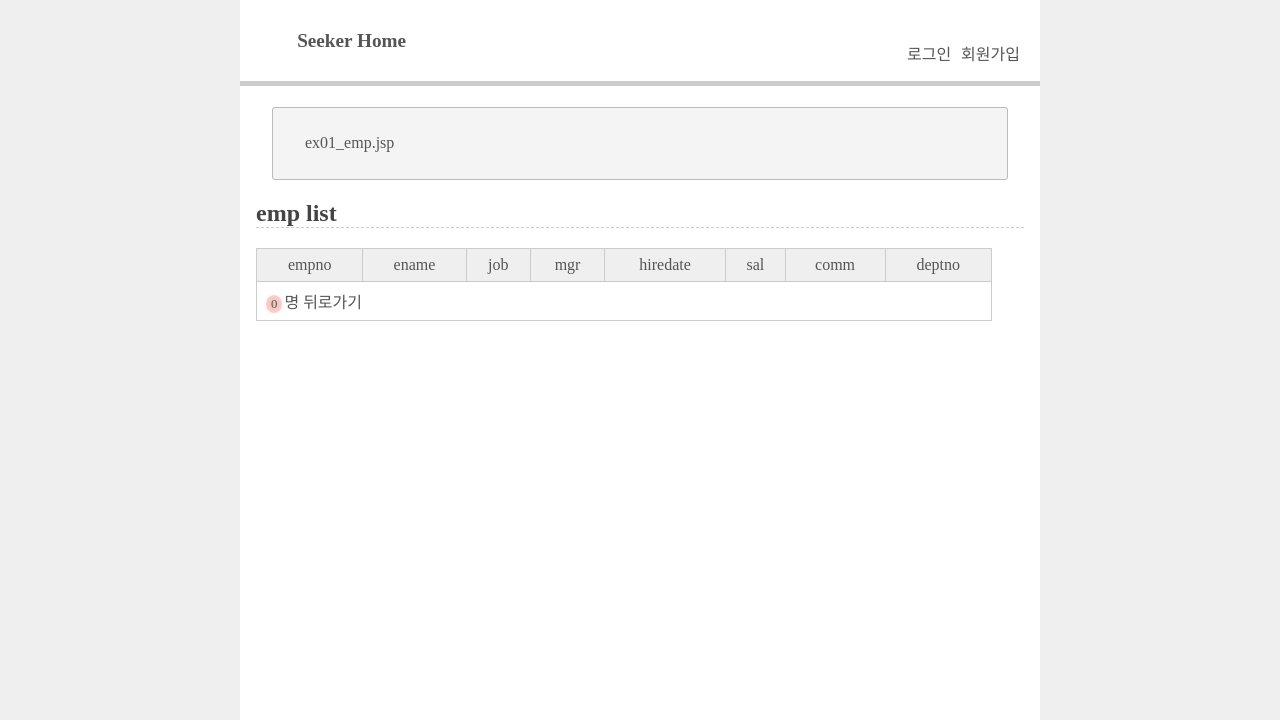
Repository: Seeker2250/JspTest
Page: http://localhost/jspPro/days02/ex01_emp_02.jsp
The author's editor kept a copy of each file at every save. The page is drawn from the files as they stood at one save, then again after the next save.
The browser window is 1280 px wide. The pictures show the whole page.
Some web fonts or font styles are not loaded; a fallback is used. The page is served by Tomcat 9. Other server files are loaded and not shown. Queries for data that is not in the repository find no rows.

Above is the page before, as saved 2024-10-16 02:44:37.

### jspPro/src/main/webapp/days02/ex01_emp_02.jsp
<%@page import="org.apache.jasper.tagplugins.jstl.core.ForEach"%>
<%@page import="java.sql.Timestamp"%>
<%@page import="org.doit.domain.EmpVO"%>
<%@page import="java.util.Date"%>
<%@page import="java.util.Iterator"%>
<%@page import="com.util.DBConn"%>
<%@page import="org.doit.domain.EmpVO"%>
<%@page import="java.util.ArrayList"%>
<%@page import="java.sql.ResultSet"%>
<%@page import="java.sql.PreparedStatement"%>
<%@page import="java.sql.Connection"%>
<%@ page language="java" contentType="text/html; charset=UTF-8"
    pageEncoding="UTF-8"%>
 <%
 	int deptno;
	String pDeptno = request.getParameter("deptno");
	try{
	deptno = Integer.parseInt(pDeptno);
	}catch(Exception e){
		deptno = 10;//기본값 줘서 null 배제
	}
    Connection conn = null;
	PreparedStatement pstmt = null;
	String sql = " SELECT empno, ename, job, mgr, "
			   + " TO_CHAR(hiredate, 'yyyy-mm-dd') hiredate, sal, comm, deptno "
			   + " FROM emp "
			   + " WHERE deptno = ?";
	ResultSet rs = null;

	int empno, mgr;
	String ename, job;
	Date hiredate;
	double sal, comm;

	String dname, loc;
	EmpVO vo = null;
	ArrayList<EmpVO> list = null;
	Iterator<EmpVO> ir = null;

	try{
		conn = DBConn.getConnection();
		pstmt = conn.prepareStatement(sql);
		// 물음표 있는 거에 값 줘야지
		pstmt.setInt(1, deptno);
		rs = pstmt.executeQuery();
		if( rs.next() ){
			list = new ArrayList<>();
			do{
				empno = rs.getInt("empno");
				ename = rs.getString("ename");
				job = rs.getString("job");
				mgr = rs.getInt("mgr");
				hiredate = rs.getDate("hiredate");
				sal = rs.getDouble("sal");
				comm = rs.getDouble("comm");
				deptno = rs.getInt("deptno");

				vo = new EmpVO().builder().empno(empno).ename(ename).job(job).mgr(mgr).hiredate(hiredate).sal(sal).comm(comm).deptno(deptno).build();

				list.add(vo);
			}while(rs.next());
		}
	}catch(Exception e){
		e.printStackTrace();
	}finally{
		try{
			pstmt.close();
			DBConn.close();
		}catch(Exception e){
			e.printStackTrace();
		}
	}%>
<!DOCTYPE html>
<html>
<head>
<meta charset="UTF-8">
<title>Insert title here</title>
<link rel="shortcut icon" type="image/x-icon" href="http://localhost/jspPro/images/SiSt.ico">
<script src="https://ajax.googleapis.com/ajax/libs/jquery/3.7.1/jquery.min.js"></script>
<meta name="viewport" content="width=device-width, initial-scale=1.0">
<link rel="stylesheet" href="http://localhost/jspPro/resources/cdn-main/example.css">
<script src="http://localhost/jspPro/resources/cdn-main/example.js"></script>
<style>
 span.material-symbols-outlined{
    vertical-align: text-bottom;
 }
</style>
</head>
<body>
<header>
  <h1 class="main"><a href="#" style="position: absolute;top:30px;">Seeker Home</a></h1>
  <ul>
    <li><a href="#">로그인</a></li>
    <li><a href="#">회원가입</a></li>
  </ul>
</header>
<div>
 <xmp class="code">
    ex01_emp.jsp
  </xmp>
  <h2>emp list</h2>
  <table>
  	<thead>
  		<th>empno</th>
  		<th>ename</th>
  		<th>job</th>
  		<th>mgr</th>
  		<th>hiredate</th>
  		<th>sal</th>
  		<th>comm</th>
  		<th>deptno</th>
  	</thead>
  	<tbody>
  		<%-- <%
  		if (list != null && !list.isEmpty()) {
  		ir = list.iterator();
  		while(ir.hasNext()){
  			vo = ir.next();
  			empno = vo.getEmpno();
  			ename = vo.getEname();
  			job = vo.getJob();
  			mgr = vo.getMgr();
  			hiredate = vo.getHiredate();
  			sal = vo.getSal();
  			comm = vo.getComm();
  			deptno = vo.getDeptno();
	  	%>
	  	<tr>
	  		<td><%= empno %></td>
	  		<td><%= ename %></td>
	  		<td><%= job %></td>
	  		<td><%= mgr %></td>
	  		<td><%= hiredate %></td>
	  		<td><%= sal %></td>
	  		<td><%= comm %></td>
	  		<td><%= deptno %></td>
  		</tr>
	   <%
	  		}//while
  		  } else {
  	        %>
  	        <tr>
  	            <td colspan="8">해당 부서에 직원 정보가 없습니다.</td>
  	        </tr>
  	        <%
  	        }
  	        %> --%>
  	</tbody>
  	<tfoot>
  		<tr>
  			<td colspan="8">
  	 			<span class="badge left red"><%= list==null?0:list.size() %></span>명
  			 	<a href="javascript:history.back()">뒤로가기</a>
  			</td>
  		</tr>
  	</tfoot>
  </table>
</div>
</body>
</html>

### jspPro/src/main/java/com/util/DBConn.java
package com.util;

import java.sql.Connection;
import java.sql.DriverManager;
import java.sql.SQLException;

// 싱글톤(Singleton)
public class DBConn {

	private static Connection conn = null;

	private DBConn() {}

	public static Connection getConnection() {
		if (conn == null) {
			String className = "oracle.jdbc.driver.OracleDriver";
			String url = "jdbc:oracle:thin:@localhost:1521:xe";
			String user = "scott";
			String password = "tiger";

			try {
				Class.forName(className);
				conn = DriverManager.getConnection(url, user, password);
			} catch (ClassNotFoundException e) {
				e.printStackTrace();
			} catch (SQLException e) {
				e.printStackTrace();
			}
		}
		return conn;
	}

	public static Connection getConnection(String url, String user, String password) {
		if (conn == null) {
			String className = "oracle.jdbc.driver.OracleDriver";
			try {
				Class.forName(className);
				conn = DriverManager.getConnection(url, user, password);
			} catch (ClassNotFoundException e) {
				e.printStackTrace();
			} catch (SQLException e) {
				e.printStackTrace();
			}
		}
		return conn;
	}

	public static void close() {
		try {
			if (conn != null && !conn.isClosed()) {
				conn.close();
			}
		} catch (SQLException e) {
			e.printStackTrace();
		}
		conn = null;  // 중요
	}
} // class

### jspPro/src/main/webapp/resources/cdn-main/example.css
@charset "UTF-8";

@import url('https://fonts.googleapis.com/css2?family=Material+Symbols+Outlined:opsz,wght,FILL,GRAD@20..48,100..700,0..1,-50..200');

@font-face {
    font-family: 'GmarketSansMedium';
    src: url('https://cdn.jsdelivr.net/gh/projectnoonnu/noonfonts_2001@1.1/GmarketSansMedium.woff') format('woff');
    font-weight: normal;
    font-style: normal;
}

:root {
	--text-color: #555;
	--sub-text-color: #777;
	--back-color: #EFEFEF;
	--header-color: #444;
	--primary-color: #DEDEDE;
	--secondary-color: #EFEFEF;
	--default-width: 800px;
	--narrow-width: 500px;
	--wide-width: 1200px;
	--text-font: 'GmarketSansMedium';
	--icon-font: 'Material Symbols Outlined';
	--border-color: #CCC;
}

html, body {
	margin: 0;
	padding: 0;
}

html {
	background-color: var(--back-color);
	display: flex;
	justify-content: center;
	min-height: 100vh;
}

body, body.default {
	width: var(--default-width);
	background-color: white;
	padding-bottom: 120px;
}

body.wide {
	width: var(--wide-width);
}

body.narrow {
	width: var(--narrow-width);
}



body, p, div, span, a, input, select, option, textarea, button, table, th, td, label, fieldset, legend {
	font-family: var(--text-font);
	color: var(--text-color);
}

h1, h2, h3 {
	font-family: var(--text-font);
	color: var(--header-color);
	padding: 0 1rem;
	padding-top: .5rem;
}

div > h1, div > h2, div > h3 {
	padding: 0;
}

body > div, body > main > div {
	padding: 0.3rem 1rem;
}


h1 { font-size: 2rem; border-bottom: 1px solid var(--border-color); }
h1 small { font-size: 1.2rem; color: var(--sub-text-color); }
h2 { font-size: 1.5rem; border-bottom: 1px dashed var(--border-color); }
h2 small { font-size: 1.1rem; color: --sub-text-color; }
h3 { font-size: 1.2rem; }
h3 small { font-size: 1rem; color: --sub-text-color; }



h1.main::before {
	font-family: var(--icon-font);
  	content: '\e666';
  	margin-right: 10px;
  	float: left;
	font-size: 2.5rem;
}

h1.sub::before {
	font-family: var(--icon-font);
  	content: '\ea19';
  	margin-right: 10px;
  	float: left;
	font-size: 2.5rem;
}


h1.page::before {
	font-family: var(--icon-font);
  	content: '\e0e0';
  	margin-right: 10px;
  	float: left;
	font-size: 2.5rem;
}

body > header > ul > li > .active{
	background-color: #FFF;
	color:#F00;
}

body > header {
	display: flex;
	justify-content: space-between;
	border-bottom: 5px solid var(--border-color);
	min-height: 74px;
	background-color: #FFF;
}

body > header.sticky {
	position: sticky;
	top: 0;
	z-index: 98;
}

body > header > h1 {
	font-size: 1.2rem;
	border: 0;
}

body > header.in > h1::before {
	font-family: var(--icon-font);
  	content: '\e332‥';
  	margin-right: 3px;
  	float: left;
	font-size: 2rem;
}


body > header > ul {
	list-style-type: none;
	display: flex;
	align-items: flex-end;
	margin-right: 10px;
}

body > header > ul > li {
	margin-right: 10px;
	cursor: pointer;
}

body > header > ul > li > a {
	cursor: pointer;
}


form {
	display: block;
}

form > div {
	padding: 0.3rem 1rem;
}

div > form > div {
	padding: 0.3rem 0;
}

input, textarea, button, select {
	border: 1px solid #BBB;
	border-radius: 3px;
	outline: none;
	resize: none;
	padding: 7px;
	margin: 0;
}

input[type=text]:read-only, textarea:read-only {
	cursor: not-allowed;
	background-color: #FFF;
}

input[type=text]:disabled, textarea:disabled {
	cursor: not-allowed;
	background-color: #EEE;
}

input[type=text], input[type=password], textarea, button, select {
	/* width: 300px; */
}

textarea {
	display: block;
	height: 100px;
}

input[type=button], input[type=submit], button {
	/* width: inherit; */
}

input.short, textarea.short, button.short, select.short {
	width: 100px;
}

input.long, textarea.long, button.long, select.long {
	width: 350px;
}

.narrow input.long, .narrow textarea.long, .narrow button.long, .narrow select.long {
	width: calc(100% - 20px);
}

input.full, textarea.full, button.full, select.full {
	width: calc(100% - 20px);
}

textarea.short {
	height: 50px;
}

textarea.long {
	height: 100px;
}

textarea.full {
	height: 200px;
}

input, textarea {
	padding-top: 8px;
}

input[type=button], input[type=submit], button {
	padding: 5px 10px;
	background-color: var(--secondary-color);
	cursor: pointer;
	min-height: 36px;
}

input[type=button].primary, input[type=submit].primary, button.primary {
	/* background-color: rgba(100, 149, 237, .2); */
	background-color: var(--primary-color);
}

input[type=button].primary:hover, input[type=submit].primary:hover, button.primary:hover {
	/* background-color: rgba(100, 149, 237, .3); */
	background-color: var(--secondary-color);
}

input[type=button]:hover, input[type=submit]:hover, button:hover {
	background-color: var(--primary-color);
}

button {
	position: relative;
	left: 0;
	top: 0;
	padding-left: 35px;
}

button .material-symbols-outlined {
	position: absolute;
	left: 10px;
	top: 4px;
}

/* k2nik add */
button.login::before {
	font-family: var(--icon-font);
  	content: '\ea77';
	position: absolute;
	left: 11px;
	top: 4px;
	font-size: 1.25rem;
}

/* k2nik logout */
button.logout::before {
	font-family: var(--icon-font);
  	content: '\e9ba';
	position: absolute;
	left: 11px;
	top: 4px;
	font-size: 1.25rem;
}

/* k2nik help */
button.help::before {
	font-family: var(--icon-font);
  	content: '\f1c0';
	position: absolute;
	left: 11px;
	top: 4px;
	font-size: 1.25rem;
}

button.add::before{
	font-family: var(--icon-font);
  	content: '\e746';
	position: absolute;
	left: 11px;
	top: 4px;
	font-size: 1.25rem;
}

button.back::before {
	font-family: var(--icon-font);
  	content: '\e166';
	position: absolute;
	left: 11px;
	top: 4px;
	font-size: 1.25rem;
}

button.list::before {
	font-family: var(--icon-font);
  	content: '\e0ee';
	position: absolute;
	left: 11px;
	top: 4px;
	font-size: 1.25rem;
}


button.del::before {
	font-family: var(--icon-font);
  	content: '\e872';
	position: absolute;
	left: 11px;
	top: 4px;
	font-size: 1.25rem;
}


button.edit::before {
	font-family: var(--icon-font);
  	content: '\e745';
	position: absolute;
	left: 11px;
	top: 4px;
	font-size: 1.25rem;
}


button.login::before {
	font-family: var(--icon-font);
  	content: '\ea77';
	position: absolute;
	left: 11px;
	top: 4px;
	font-size: 1.25rem;
}


button.logout::before {
	font-family: var(--icon-font);
  	content: '\e9ba';
	position: absolute;
	left: 11px;
	top: 4px;
	font-size: 1.25rem;
}


button.in::before {
	font-family: var(--icon-font);
  	content: '\f71a';
	position: absolute;
	left: 11px;
	top: 4px;
	font-size: 1.25rem;
}


button.out::before {
	font-family: var(--icon-font);
  	content: '\f70e';
	position: absolute;
	left: 11px;
	top: 4px;
	font-size: 1.25rem;
}


button.reply::before {
	font-family: var(--icon-font);
  	content: '\e15e';
	position: absolute;
	left: 11px;
	top: 4px;
	font-size: 1.25rem;
}


button.comment::before {
	font-family: var(--icon-font);
  	content: '\e0b9';
	position: absolute;
	left: 11px;
	top: 4px;
	font-size: 1.25rem;
}


button.modal::before {
	font-family: var(--icon-font);
  	content: '\e89e';
	position: absolute;
	left: 11px;
	top: 4px;
	font-size: 1.25rem;
}


button.ok::before {
	font-family: var(--icon-font);
  	content: '\e86c';
	position: absolute;
	left: 11px;
	top: 4px;
	font-size: 1.25rem;
}


button.cancel::before {
	font-family: var(--icon-font);
  	content: '\e5c9';
	position: absolute;
	left: 11px;
	top: 4px;
	font-size: 1.25rem;
}

button.search::before {
	font-family: var(--icon-font);
  	content: '\e8b6';
	position: absolute;
	left: 11px;
	top: 4px;
	font-size: 1.25rem;
}

button.home::before {
	font-family: var(--icon-font);
  	content: '\e88a';
	position: absolute;
	left: 11px;
	top: 4px;
	font-size: 1.25rem;
}


button.sidebar::before {
	font-family: var(--icon-font);
  	content: '\f7e4';
	position: absolute;
	left: 11px;
	top: 4px;
	font-size: 1.25rem;
}


button.sidebar-right::before {
	font-family: var(--icon-font);
  	content: '\f7e5';
	position: absolute;
	left: 11px;
	top: 4px;
	font-size: 1.25rem;
}




button::before {
	font-family: var(--icon-font);
  	content: '\e323';
	position: absolute;
	left: 11px;
	top: 4px;
	font-size: 1.25rem;
}


table {
	border-collapse: collapse;
	margin: 1rem;
	box-sizing: border-box;
	width: calc(100% - 32px);
}

table.content {
	width: auto;
}

div > table {
	margin: 0;
}

table th, table td {
	border: 1px solid var(--border-color);
	padding: 7px;
	font-weight: normal;
}

table th {
	background-color: var(--back-color);
}

table.vertical th {
	width: 150px;
}

table.vertical td {
	width: calc(100% - 182px);
	padding-left: 10px;
}

table.content td, table.content th {
	width: auto;
}

body.narrow table.vertical th {
	width: 100px;
}

body.narrow table.vertical td {
	width: calc(100% - 182px);
}


table + table {
	margin-top: 30px;
}


p {
	padding: 0 1rem;
}

a {
	text-decoration: none;
}

a:hover {
	color: rgba(255, 99, 71, .7);
}

hr {
	border: 0;
	border-top: 1px solid var(--border-color);
	margin: 2rem 0;
}

.message {
	border: 1px solid var(--border-color);
	background-color: #EFEFEF;
	margin: 1rem;
	width: auto;
	padding-top: 10px;
	padding-bottom: 10px;
	font-size: 14px;
}

.message[title]::before {
	content: attr(title);
	display: block;
	border-bottom: 1px solid var(--border-color);
	padding-bottom: 5px;
	margin-bottom: 10px;
	margin-top: 7px;
}

.message.short {
	max-width: 250px;
}

.message.long {
	max-width: 500px;
}

.badge {
	float: right;
	font-size: .8rem;
	margin-top: 2px;
	margin-right: 2px;
	text-shadow: 0 0 7px gray;
}

.badge.left {
	float: none;
	margin-left: 2px;
}

.badge.right {
	float: right;
}

.badge.red {
	border-radius: 50%;
	padding: 2px 5px;
	background-color: rgb(255, 99, 71, .3);
}

.badge.yellow {

	border-radius: 50%;
	padding: 2px 5px;
	background-color: rgb(255, 215, 0, .5);
}

.badge.blue {
	border-radius: 50%;
	padding: 2px 5px;
	background-color: rgb(100, 149, 237, .3);
}

label + label {
	margin-left: 7px;
}

label input[type=checkbox], label input[type=radio] {
	transform: translate(0, 1px);
}

.group {
	display: flex;
}

.modal-content .group {
	margin-bottom: .5rem;
}

.group label {
	border: 1px solid #BBB;
	border-radius: 3px;
	outline: none;
	resize: none;
	padding: 7px 14px;
	margin: 0;
	border-top-right-radius: 0;
	border-bottom-right-radius: 0;
	background-color: #EFEFEF;
	white-space: nowrap;
	font-size: 14px;
}

.group input[type=text] {
	margin-left: -1px;
	border-top-left-radius: 0;
	border-bottom-left-radius: 0;
}

.group select {
	margin-left: -1px;
	border-top-left-radius: 0;
	border-bottom-left-radius: 0;
}

.group input.full[type=text] {
	margin-left: -1px;
	border-top-left-radius: 0;
	border-bottom-left-radius: 0;
	width: 100%;
}

.group input[type=button]:first-child, .group button:first-child {
	border-top-left-radius: 3px;
	border-bottom-left-radius: 3px;
	margin-left: 0px;
}

.group input[type=button], .group button {
	border-radius: 0;
	margin-left: -1px;
}

.group input[type=button]:last-child, .group button:last-child {
	margin-left: -1px;
	border-top-right-radius: 3px;
	border-bottom-right-radius: 3px;
}

.seperate {
	display: flex;
	justify-content: space-between;
}

div.list {
	width: max-content;
	margin: 1rem;
	border: 1px solid #BBB;
	border-radius: 3px;
	padding: 0;
}

div.list.full {
	width: auto;
	display: block;
	margin: 1rem;
	border: 1px solid #BBB;
	border-radius: 3px;
	padding: 0;
}

div.list > div {
	padding: .5rem 1rem;
	margin: 0;
	border-bottom: 1px solid #BBB;
}

div.list > div:last-child {
	border-bottom: 0;
}

pre.code , xmp.code{
	font-family: consols;
	background-color: rgba(150, 150, 150, .1);
	border: 1px solid #BBB;
	border-radius: 3px;
	padding: .5rem 1rem;
	padding-bottom: .6rem;
	margin: 1rem;
}




*[data-modal-window] {
	position: fixed;
	background-color: rgba(0, 0, 0, .3);
	left: 0;
	top: 0;
	display: none;
	justify-content: center;
	align-items: flex-start;
	width: 100%;
	min-height: 100vh;
	z-index: 100;
	opacity: 0;
	transition: 500ms all;
}

*[data-modal-window] .modal-container {
	border-radius: 5px;
	padding: 1rem;
	padding-bottom: .5rem;
	margin-top: -500px;
	opacity: 0;
	width: 500px;
	background-color: #FFF;
	margin-right: 2rem;
	transition: 500ms all;
}

*[data-modal-size=content] .modal-container {
	width: auto;
}

*[data-modal-size=narrow] .modal-container {
	width: 300px;
}

*[data-modal-size=wide] .modal-container {
	width: 760px;
}


*[data-modal-window] .modal-header {
	border-bottom: 1px solid var(--border-color);
	padding: 2px 5px;
}

*[data-modal-window] .modal-content {
	padding: 1rem 5px;
}

*[data-modal-window] .modal-content div:last-child {
	margin-top: 1rem;
	text-align: right;
}



*[data-sidebar-window] {
	position: fixed;
	background-color: #FFF;
	left: 0;
	top: 0;
	display: block;
	width: 300px;
	border-right: 1px solid var(--border-color);
	box-sizing: border-box;
	box-shadow: 0 0 3px var(--back-color);
	min-height: 100vh;
	z-index: 99;
	transform: translate(-300px, 0);
	transition-duration: 500ms;
	transition-property: transform;
}

*[data-sidebar-direction=right] {
	left: auto;
	right: 0;
	transform: translate(300px, 0);
	border-left: 1px solid var(--border-color);
}

*[data-sidebar-size=wide] {
	width: 500px;
	transform: translate(-500px, 0);
}

*[data-sidebar-window] .sidebar-title {
	border-bottom: 1px solid var(--border-color);
	margin-top: 20px;
	margin-bottom: 20px;
	padding-bottom: 5px;
	display: flex;
	justify-content: space-between;
}

*[data-sidebar-window] .sidebar-title span:last-child {
	cursor: pointer;
}


/* K2Nik pagination */
.center {
  text-align: center;
}

.pagination {
  display: inline-block;
}

.pagination a {
  color: black;
  float: left;
  padding: 3px 6px;
  text-decoration: none;
  transition: background-color .3s;
  border: 1px solid #ddd;
  margin: 0 3px;
}

.pagination a.active {
  background-color: #4CAF50;
  color: white;
  border: 1px solid #4CAF50;
}

.pagination a:hover:not(.active) {background-color: #ddd;}

### jspPro/src/main/webapp/resources/cdn-main/example.js

window.onload = () => {

    const list = document.querySelectorAll('input, textarea');

    list.forEach(item => {
        item.setAttribute('autocomplete', 'off');
    });


    const modal_btn_list = document.querySelectorAll('*[data-modal-button]');

    modal_btn_list.forEach(item => {
        item.onclick = function() {

            const name = this.dataset['modalButton'];
            const modal_window = document.querySelector('*[data-modal-window=' + name);

            const container = document.createElement('div');
            container.className = 'modal-container';



            const modal_header = document.createElement('div');
            modal_header.textContent = modal_window.dataset['modalTitle'];
            modal_header.className = 'modal-header';
            container.appendChild(modal_header);

            const modal_content = document.createElement('div');
            modal_content.className = 'modal-content';
            container.appendChild(modal_content);

            Array.from(modal_window.childNodes).forEach(item => {
                modal_content.appendChild(item);
            });

            modal_window.appendChild(container);

            modal_window.style.display = 'flex';

            setTimeout(() => {
                modal_window.style.opacity = 1;
                container.style.marginTop = '20px';
                container.style.opacity = 1;
            }, 50);


            const modal_ok = document.querySelector('*[data-modal-ok=' + name);
            modal_ok.addEventListener('click', function() {
                modal_window.style.opacity = 0;
                container.style.marginTop = '-500px';
                container.style.opacity = 0;

                setTimeout(() => {
                    modal_window.innerHTML = modal_content.innerHTML;
                    modal_window.style.display = 'none';
                }, 500);

            });

            const modal_cancel = document.querySelector('*[data-modal-cancel=' + name);
            modal_cancel.addEventListener('click', function() {

                modal_window.style.opacity = 0;
                container.style.marginTop = '-500px';
                container.style.opacity = 0;

                setTimeout(() => {
                    modal_window.innerHTML = modal_content.innerHTML;
                    modal_window.style.display = 'none';
                }, 500);
            });


        };
    });


    const sidebar_btn_list = document.querySelectorAll('*[data-sidebar-button]');

    sidebar_btn_list.forEach(item => {
        item.onclick = function() {



            const name = this.dataset['sidebarButton'];
            const sidebar_window = document.querySelector('*[data-sidebar-window=' + name);

            if (sidebar_window.style.transform == 'translate(0px, 0px)') return;



            sidebar_window.style.transform = 'translate(0, 0)';

            const sidebar_title = document.createElement('div');
            sidebar_title.className = 'sidebar-title';
            sidebar_title.innerHTML = '<span>' + sidebar_window.dataset['sidebarTitle'] + '</span><span class="material-symbols-outlined">close</span>';

            sidebar_title.children[1].onclick = function() {

                let sign = 1;
                let distance = 300;

                if (sidebar_window.dataset['sidebarDirection'] != 'right') {
                    sign = -1;
                } else {
                    sign = 1;
                }

                if (sidebar_window.dataset['sidebarSize'] != 'wide') {
                    distance = 300;
                } else {
                    distance = 500;
                }

                distance *= sign;

                sidebar_window.style.transform = 'translate(' + distance + 'px, 0)';

                setTimeout(function() {
                    sidebar_window.removeChild(sidebar_window.children[0]);
                }, 500);
            };


            sidebar_window.prepend(sidebar_title);

        }
    });

};

// window.onkeydown = function(event) {

//     if (event.keyCode == 27) {
//         if (document.querySelector('[data-modal-window').style.display == 'flex') {
//             document.querySelector('[data-modal-window').style.display = 'none';
//         }
//     }

// };

After the next save:
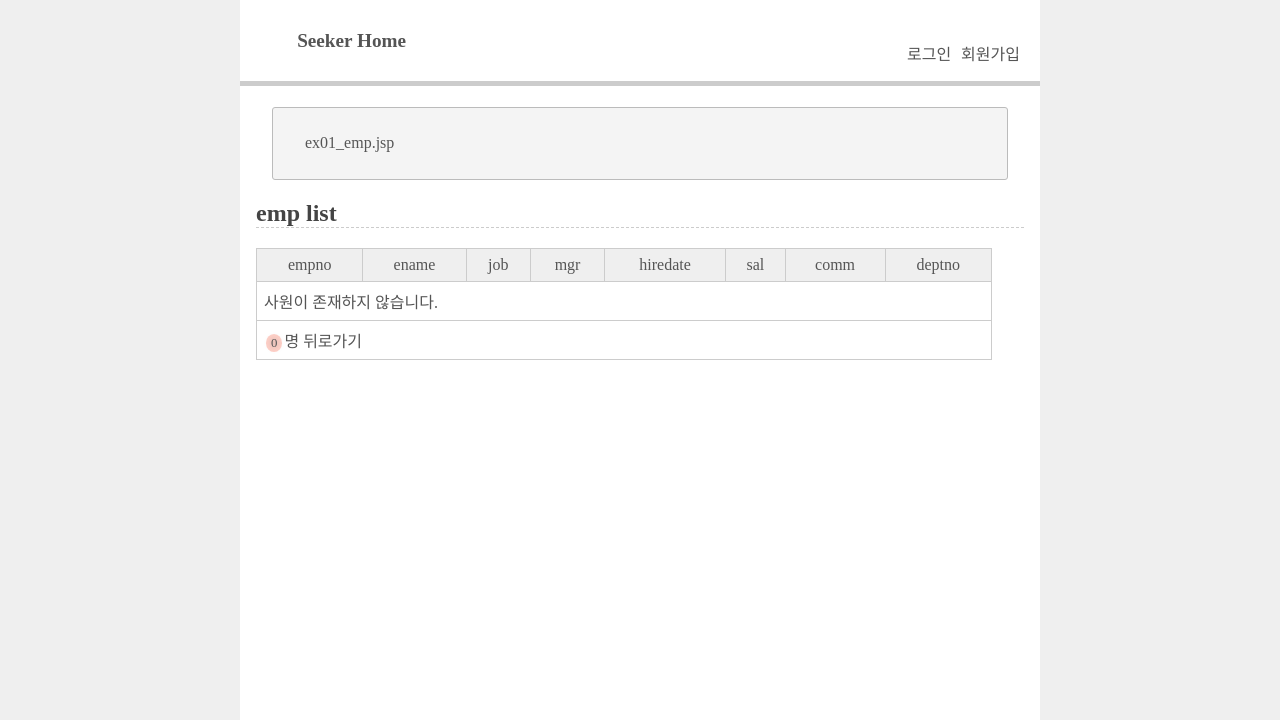
Saved 2 min 59 s later.
--- a/jspPro/src/main/webapp/days02/ex01_emp_02.jsp
+++ b/jspPro/src/main/webapp/days02/ex01_emp_02.jsp
@@ -111,6 +111,31 @@
   		<th>deptno</th>
   	</thead>
   	<tbody>
+  		<%
+  		if(list == null){
+  		%>
+  		<tr>
+  			<td colspan="8">사원이 존재하지 않습니다.</td>
+  		</tr>
+  		<%
+  		}else{
+  			ir = list.iterator();
+  			while(ir.hasNext()){
+  				vo = ir.next();
+  				empno = vo.getEmpno();
+  	  			ename = vo.getEname();
+  	  			job = vo.getJob();
+  	  			mgr = vo.getMgr();
+  	  			hiredate = vo.getHiredate();
+  	  			sal = vo.getSal();
+  	  			comm = vo.getComm();
+  	  			deptno = vo.getDeptno();
+  			}//while
+  		%>
+  		<%
+  		}//else
+  		%>
+
   		<%-- <%
   		if (list != null && !list.isEmpty()) {
   		ir = list.iterator();
